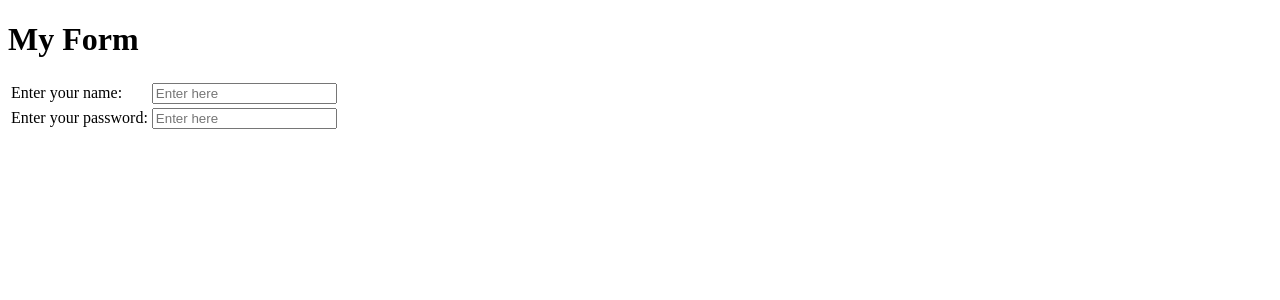
Repository: riddhiwho/Eclipse-Projects
Page: PracticeForm/src/main/webapp/index.html
These files come from the project's save history. The page is drawn as it stood at one moment and after the next save; the edit follows.
The browser window is 1280 px wide. The pictures show the whole page.

Above is the page before, as saved 2021-06-03 10:10:07.

After the next save:
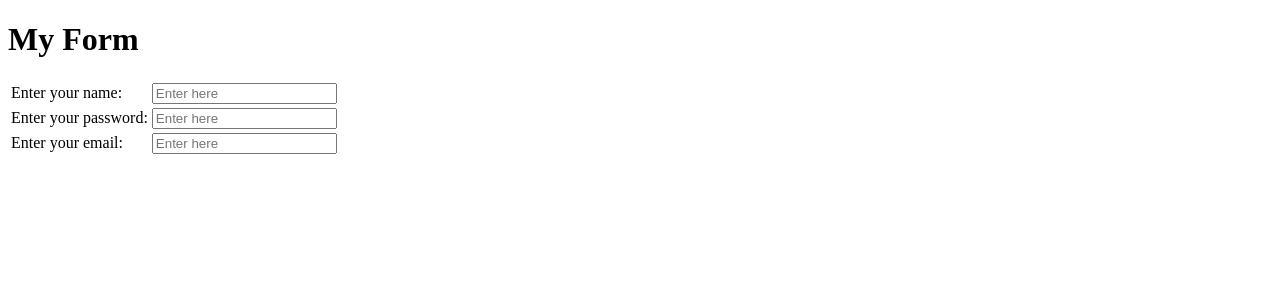
Saved 53 s later.
--- a/PracticeForm/src/main/webapp/index.html
+++ b/PracticeForm/src/main/webapp/index.html
@@ -17,6 +17,10 @@
 					<td>Enter your password:</td>
 					<td> <input type="password" name="user_password" placeholder="Enter here"/> </td>
 				</tr>
+				<tr>
+					<td>Enter your email:</td>
+					<td> <input type="email" name="user_email" placeholder="Enter here"/> </td>
+				</tr>
 			</table>
 
 		</form>
